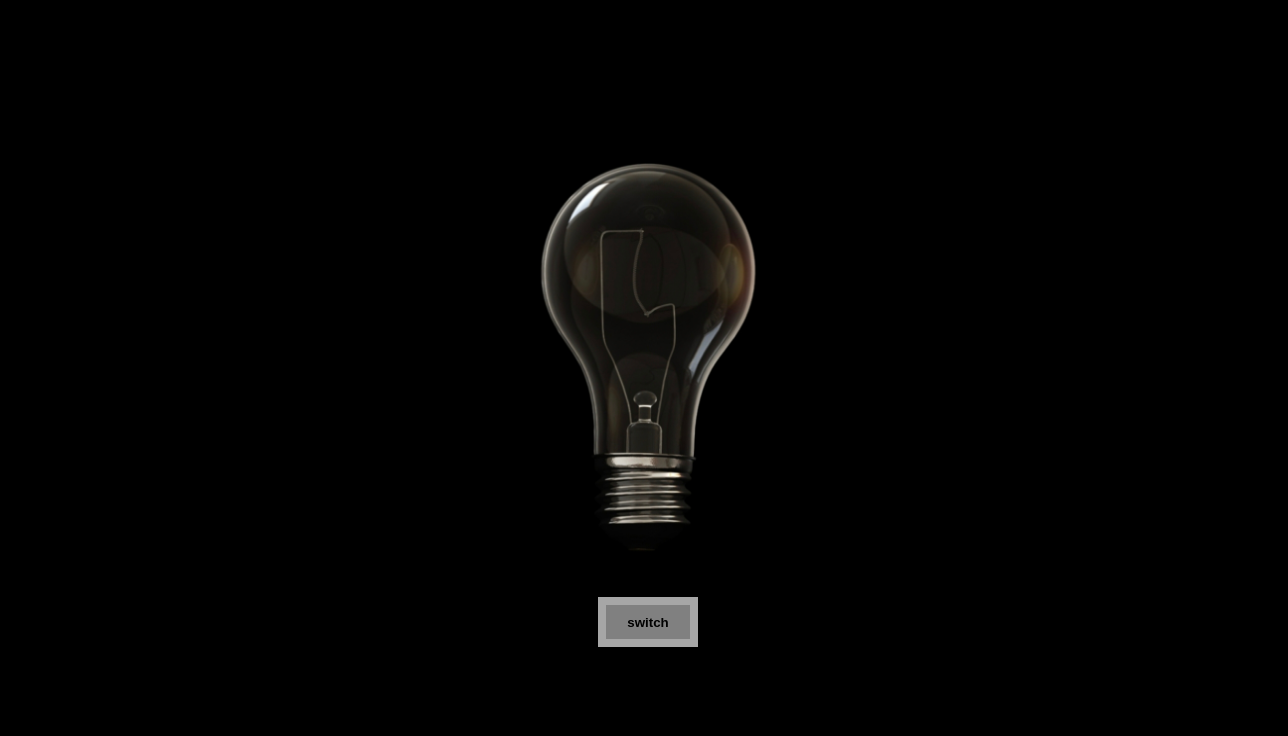
Repository: JunaidAnsari202/bulb
Page: index.html
An editor plug-in stored every save of this project. The page is shown before and after the next save, followed by the edit.
The browser window is 1280 px wide. The page is 1288 px wide, so the pictures cover 1288 px, including what lies to the right of the window. The pictures show the whole page.
The pointer rests on the first visible `.bttn`.

Above is the page before, as saved 2023-10-27 21:44:34.

### index.html
<!DOCTYPE html>
<html lang="en">
<head>
    <meta charset="UTF-8">
    <meta name="viewport" content="width=device-width, initial-scale=1.0">
    <title>Document</title>
    <link rel="stylesheet" href="style.css">
</head>
<body>
<div><img id="bulb" src="img/off.jpg" alt="" class="bulb"></div>
   <div> <button id="btn" class="bttn" ><span style="display: hidden;">switch</span></button></div>
</body>

<script>
    let button=document.getElementById('btn')
    let bulb=document.getElementById('bulb')
    button.addEventListener('click',bulbs)
    function bulbs(e){
        if(button.textContent.includes('on')){
            bulb.src="img/off.jpg"
            button.textContent="Turn off"
        }
        else{
            bulb.src="img/on.jpg"
            button.textContent="Turn on"
        }
    }
   </script>
</html>

### style.css
body{
    width: 100vw;
    height: 100vh;
    background-color: black;
    overflow: hidden;
    display: flex;
    justify-content: center;
    align-items: center;
    flex-direction: column;
}
*{
    /* border: 1px red dashed; */

}
.bulb{
    height: 500px;
    width: 350px;
}


.bttn{
    margin-top: 4%;
    /* margin-left: ; */
    font-weight: 800;
    height: 50px;
    width: 100px;
    border: 4px rgba(0, 0, 0, 0.299) solid;


}
.bttn:hover{
    background-color: grey;
    border: 8px rgba(255, 255, 255, 0.299) solid;

}

After the next save:
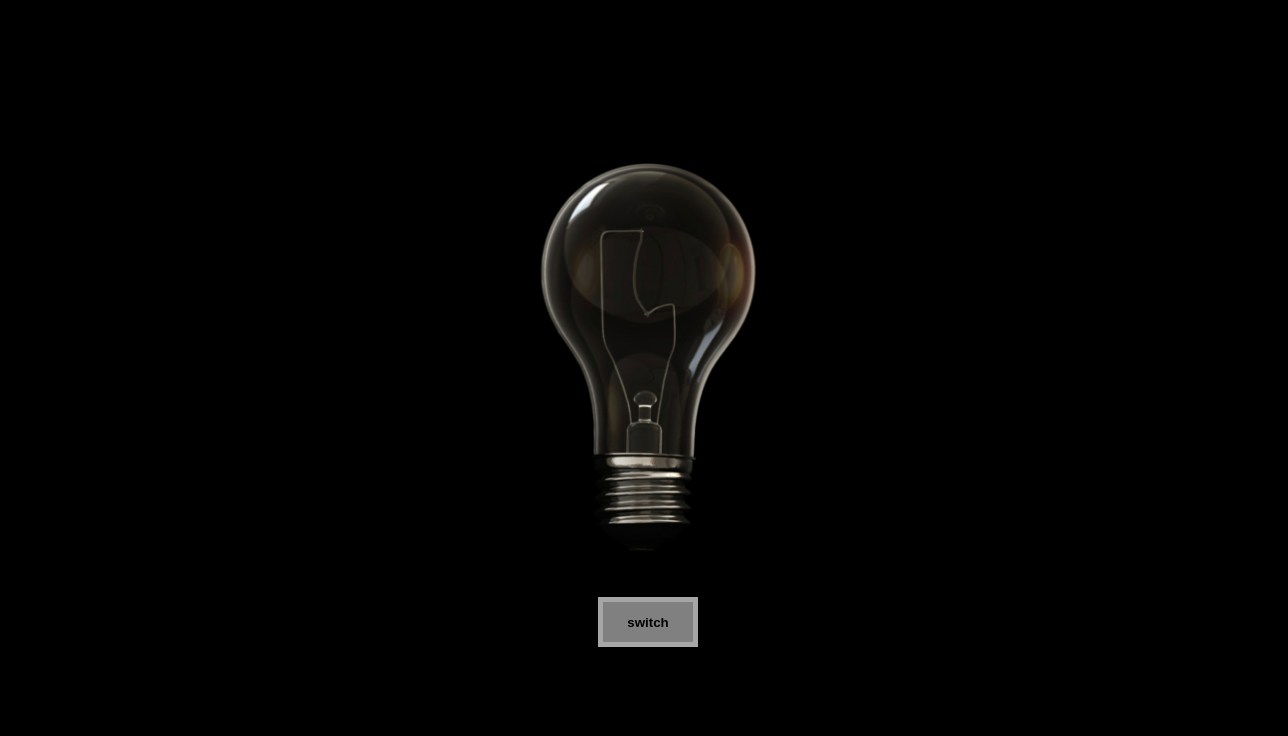
Saved 4 s later.
--- a/style.css
+++ b/style.css
@@ -30,6 +30,6 @@ body{
 }
 .bttn:hover{
     background-color: grey;
-    border: 8px rgba(255, 255, 255, 0.299) solid;
+    border: 5px rgba(255, 255, 255, 0.299) solid;
 
 }
